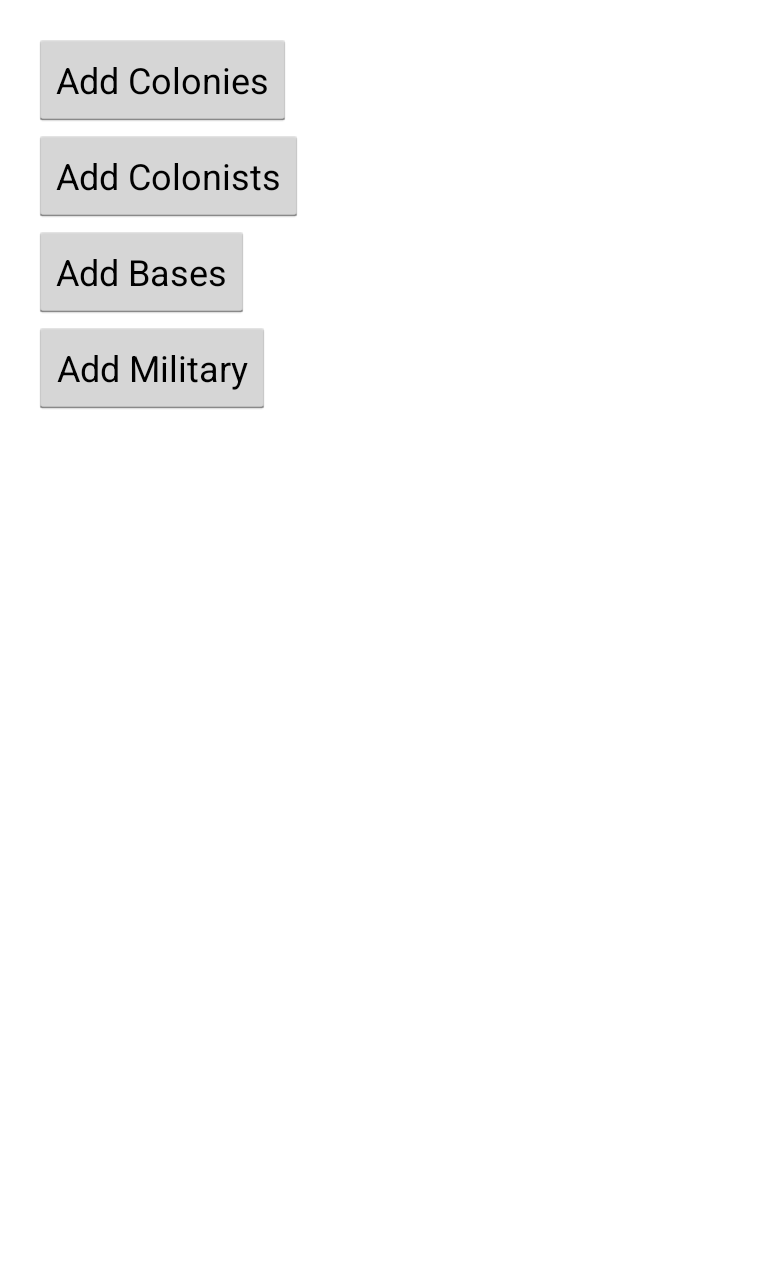
Repository: blender-head/android_basic
Layout: Hello_World/res/layout/activity_config_planet.xml
The author's editor kept a copy of each file at every save. The layout is drawn from the files as they stood at one save, then again after the next save.
It is drawn on a 768 x 1280 px phone screen (xhdpi) without system bars, with theme AppTheme; the app's code is not run.

Above is the layout before, as saved 2013-12-31 17:29:22.

After the next save:
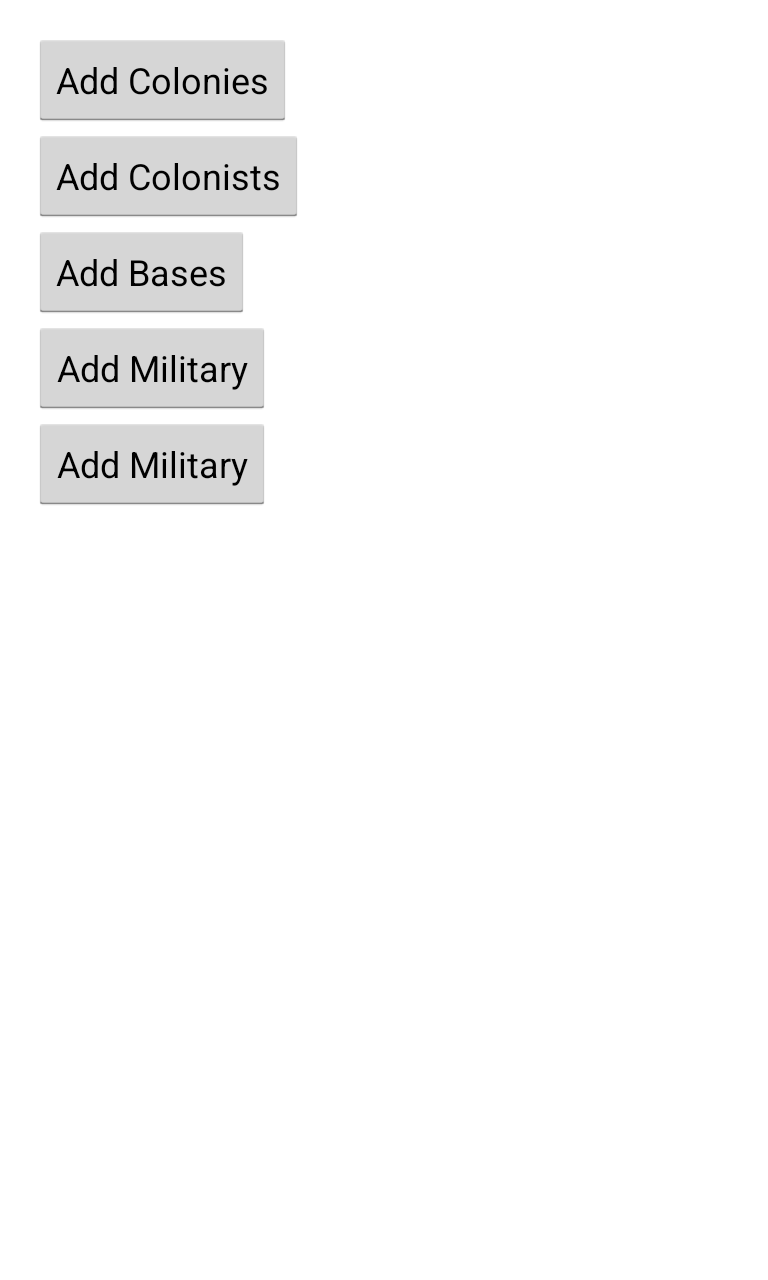
Saved 13 s later.
--- a/Hello_World/res/layout/activity_config_planet.xml
+++ b/Hello_World/res/layout/activity_config_planet.xml
@@ -33,4 +33,10 @@
 		android:layout_height="wrap_content"
 		android:text="@string/button_name_military" />
 
+    <Button
+        android:id="@+id/ffonButton"
+		android:layout_width="wrap_content"
+		android:layout_height="wrap_content"
+		android:text="@string/button_name_military" />
+
 </LinearLayout>
